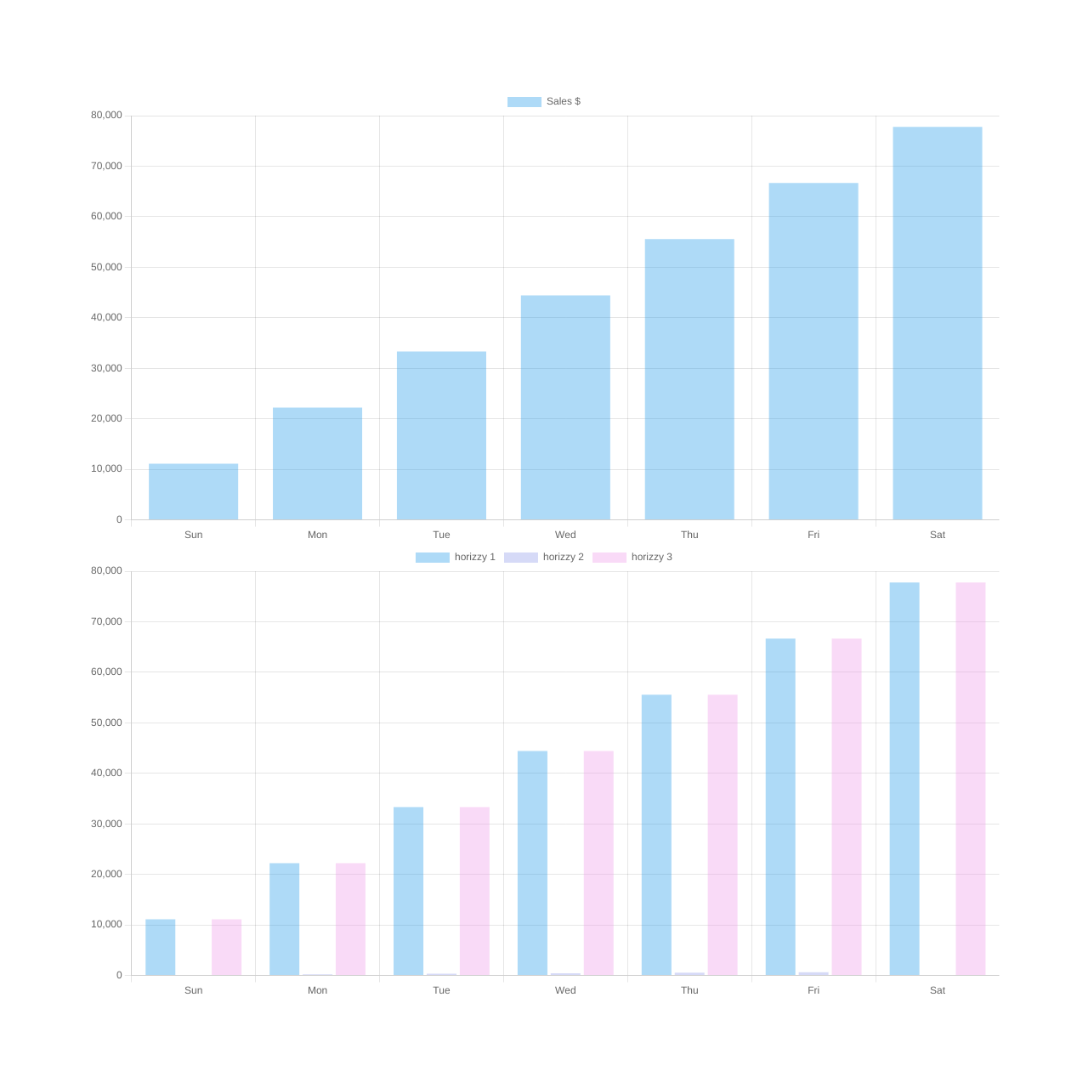
Repository: madelinestruthers/exercise-5
Page: /
An editor plug-in stored every save of this project. The page is shown before and after the next save, followed by the edit.
The browser window is 1280 px wide. The pictures show the whole page, at 85% of full size.
The project was rebuilt for these pictures with package versions that can differ from the ones it lists, and the page was loaded fresh each time. The framework's server and built-in components were replaced by stand-ins that run in the browser. Also part of the build but not shown: next.config.mjs.

Above is the page before, as saved 2024-04-15 10:28:34.

After the next save:
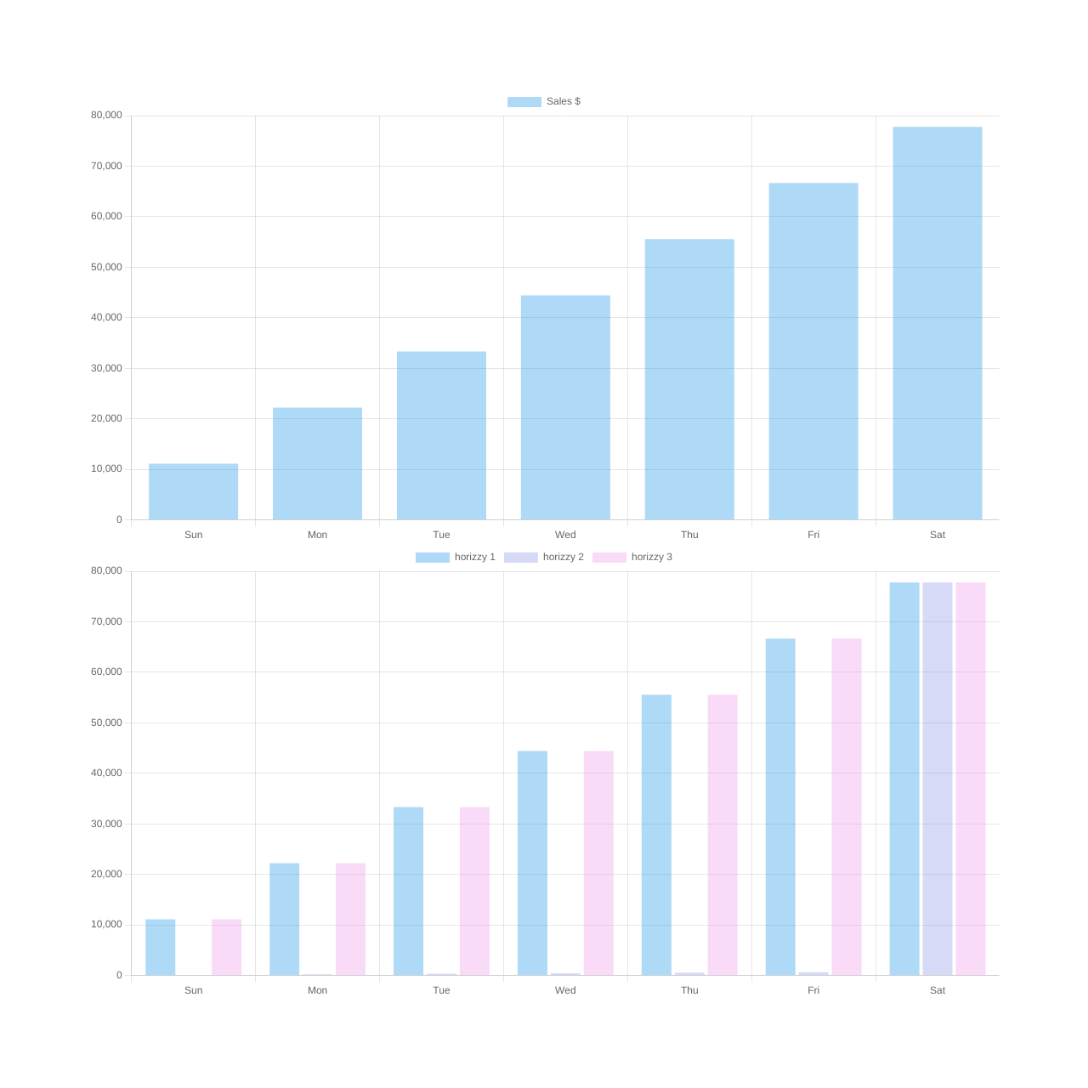
Saved 4 min 37 s later.
--- a/components/HorizontalChart/index.js
+++ b/components/HorizontalChart/index.js
@@ -39,7 +39,7 @@ export default function HorizontalChart(){
                 },
                 {
                     label: 'horizzy 2',
-                    data: [111,222,333,444,555,666, ],
+                    data: [111,222,333,444,555,666, 77777],
                     borderColor: 'rgb(53,162,235)',
                     backgroundColor: 'rgba(153, 162, 235, 0.4)'
                 },
